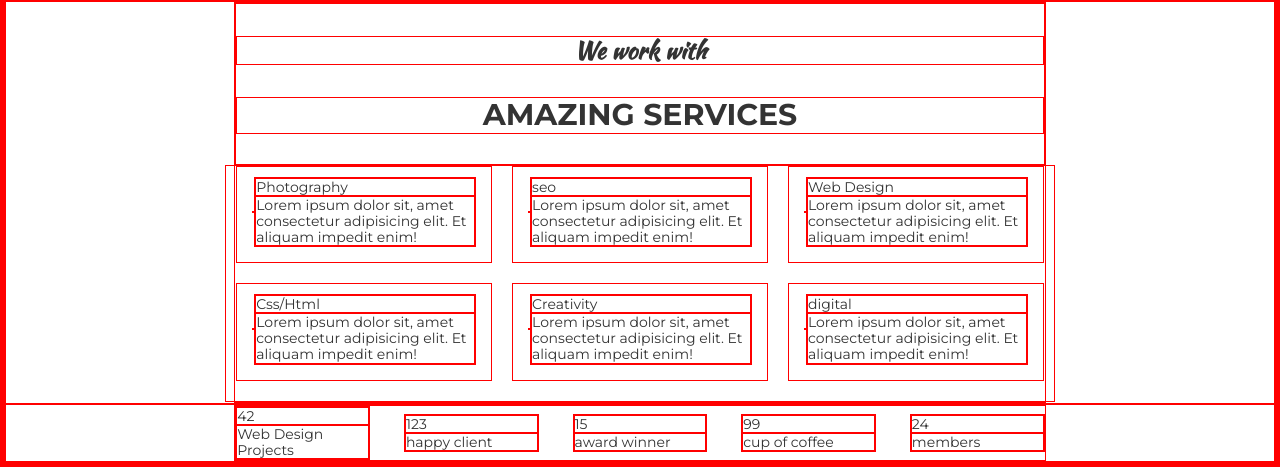
Repository: nataliiasaltan/Homework
Page: index.html
These files come from the project's save history. The page is drawn as it stood at one moment and after the next save; the edit follows.
The browser window is 1280 px wide. The pictures show the part of the page from y = 901 to 1368 px (the page is 1368 px tall).

Above is the page before, as saved 2020-02-27 10:56:38.

### index.html
<!DOCTYPE html>
<html lang="en">
    <head>
        <meta charset="UTF-8">
        <meta name="viewport" content="width=device-width, initial-scale=1.0">
        <link rel="stylesheet"
            href="https://necolas.github.io/normalize.css/8.0.1/normalize.css">
        <link
            href="https://fonts.googleapis.com/css?family=Kaushan+Script|Montserrat:400,700|Roboto:400,400i&display=swap"
            rel="stylesheet">
        <link rel="stylesheet" href="css/icomoon.css">
        <link rel="stylesheet" href="css/style.css">
        <title>Mogo</title>
    </head>
    <body>
        <div class="wrapper">
            <header class="header">
                <div class="container">
                    <div class="header__wrapper">
                        <strong class="logo"><a href="home.html" alt="MoGo"></a>MoGo</strong>
                        <div class="header__inner">
                            <nav class="nav">
                                <ul class="nav-list">
                                    <li><a href="#">About</a></li>
                                    <li><a href="#">service</a></li>
                                    <li><a href="#">work</a></li>
                                    <li><a href="#">blog</a></li>
                                    <li><a href="#">contact</a></li>
                                </ul>
                            </nav>
                            <div class="booking">
                                <a href="#"> <i class="icon-shopping-cart"></i></a>
                                <a href="#"> <i class="icon-search"></i></a>
                            </div>
                        </div>
                    </div>
                </div>
            </header>
            <main>
                <section class="about" style="background-image:
                    url(images/Layer_15.png);">
                    <div class="about__container">
                        <div class="about__inner">
                            <div class="creative">Creative Template</div>
                            <div class="about__title">Welcome <br> to MoGo</div>
                        </div>
                        <div class="holder-btn">
                            <a class="about__btn" href="#">Learn more</a>

                        </div>
                    </div>
                </section>
                <section class="service">
                     <div class="service__wrapper">
                    <div class="container">

                        <div class="title-holder">
                            <h4>We work with</h4>
                            <h3>Amazing Services</h3>
                        </div>
                        <div class="development__wrapper">
                            <div class="development">
                                <i class="icon-service"></i>
                                <div class="development__inner">
                                    <div class="name">Photography</div>
                                    <div class="description">Lorem ipsum dolor
                                        sit,
                                        amet
                                        consectetur adipisicing elit. Et aliquam
                                        impedit
                                        enim!</div>
                                </div>
                            </div>
                            <div class="development">
                                <i class="icon-service"></i>
                                <div class="development__inner">
                                    <div class="name">seo</div>
                                    <div class="description">Lorem ipsum dolor
                                        sit,
                                        amet
                                        consectetur adipisicing elit. Et aliquam
                                        impedit
                                        enim!</div>
                                </div>
                            </div>
                            <div class="development">
                                <i class="icon-service"></i>
                                <div class="development____inner">
                                    <div class="name">Web Design</div>
                                    <div class="description">Lorem ipsum dolor
                                        sit,
                                        amet
                                        consectetur adipisicing elit. Et aliquam
                                        impedit
                                        enim!</div>
                                </div>
                            </div>
                            <div class="development">
                                <i class="icon-service"></i>
                                <div class="development__inner">
                                    <div class="name">Css/Html</div>
                                    <div class="description">Lorem ipsum dolor
                                        sit,
                                        amet
                                        consectetur adipisicing elit. Et aliquam
                                        impedit
                                        enim!</div>
                                </div>
                            </div>
                            <div class="development">
                                <i class="icon-service"></i>
                                <div class="development__inner">
                                    <div class="name">Creativity</div>
                                    <div class="description">Lorem ipsum dolor
                                        sit,
                                        amet
                                        consectetur adipisicing elit. Et aliquam
                                        impedit
                                        enim!</div>
                                </div>
                            </div>
                            <div class="development">
                                <i class="icon-service"></i>
                                <div class="development__inner">
                                    <div class="name">digital</div>
                                    <div class="description">Lorem ipsum dolor
                                        sit,
                                        amet
                                        consectetur adipisicing elit. Et aliquam
                                        impedit
                                        enim!</div>
                                </div>
                            </div>
                        </div>
                    </div>
                </div>
                    <div class="result">
                        <div class="result__container">
                            <div class="result__inner">
                                <div class="namber">42</div>
                                <div class="signature">Web Design Projects</div>
                            </div>
                            <div class="result__inner">
                                <div class="namber">123</div>
                                <div class="signature">happy client</div>
                            </div>
                            <div class="result__inner">
                                <div class="namber">15</div>
                                <div class="signature">award winner</div>
                            </div>
                            <div class="result__inner">
                                <div class="namber">99</div>
                                <div class="signature">cup of coffee</div>
                            </div>
                            <div class="result__inner">
                                <div class="namber">24</div>
                                <div class="signature">members</div>
                            </div>
                        </div>
                    </div>

                </section>
            </main>
        </div>

    </body>
</html>

### css/icomoon.css
@font-face {
  font-family: 'icomoon';
  src:  url('../fonts/icomoon.eot?p5lq4w');
  src:  url('../fonts/icomoon.eot?p5lq4w#iefix') format('embedded-opentype'),
    url('../fonts/icomoon.ttf?p5lq4w') format('truetype'),
    url('../fonts/icomoon.woff?p5lq4w') format('woff'),
    url('../fonts/icomoon.svg?p5lq4w#icomoon') format('svg');
  font-weight: normal;
  font-style: normal;
  font-display: block;
}

[class^="icon-"], [class*=" icon-"] {
  /* use !important to prevent issues with browser extensions that change fonts */
  font-family: 'icomoon' !important;
  speak: none;
  font-style: normal;
  font-weight: normal;
  font-variant: normal;
  text-transform: none;
  line-height: 1;

  /* Better Font Rendering =========== */
  -webkit-font-smoothing: antialiased;
  -moz-osx-font-smoothing: grayscale;
}

.icon-search:before {
  content: "\f002";
}
.icon-align-justify:before {
  content: "\f039";
}
.icon-eye:before {
  content: "\f06e";
}
.icon-shopping-cart:before {
  content: "\f07a";
}
.icon-twitter:before {
  content: "\f099";
}
.icon-facebook:before {
  content: "\f09a";
}
.icon-facebook-f:before {
  content: "\f09a";
}
.icon-google-plus:before {
  content: "\f0d5";
}
.icon-youtube-play:before {
  content: "\f16a";
}
.icon-instagram:before {
  content: "\f16d";
}
.icon-tumblr:before {
  content: "\f173";
}
.icon-dribbble:before {
  content: "\f17d";
}
.icon-file-image-o:before {
  content: "\f1c5";
}
.icon-file-photo-o:before {
  content: "\f1c5";
}
.icon-file-picture-o:before {
  content: "\f1c5";
}
.icon-copyright:before {
  content: "\f1f9";
}
.icon-pinterest-p:before {
  content: "\f231";
}
.icon-commenting:before {
  content: "\f27a";
}

### css/style.css
*,
::after,
::before{
    box-sizing: border-box;
    border: 1px solid red;
}

body{
    font-family: 'Montserrat', sans-serif;
    font-size: 14px;
    font-weight: 400;
    color: #333333;
    margin: 0;
}

img{
    display: inline-block;
    max-width: 100%;
    vertical-align: top;
}

a{
    text-decoration: none;
    display: inline;
    cursor: pointer;
}

p{
    margin: 0;
}

header{
    position: absolute;
    z-index: 10;
    left: 0;
    right: 0;
    top: 0;
    bottom: 0;
}


.container{
    max-width: 64%;
    margin: 0 auto;
}

.header__wrapper{
    margin-top: 30px;
}

.header__wrapper{
    display: flex;
    justify-content: space-between;
    text-align: center;
}

.header__inner{
    display: flex;
    justify-content: space-between;
}

.logo{
    align-self: center;
    font-size: 30px;
    font-weight: 700;
    color: #ffffff;
    cursor: pointer;
}

.nav-list{
    display: flex;
    justify-content: center;
    align-items: center;
    list-style: none;
    padding: 0;
}

.nav-list a{
   color: #ffffff;
   padding: 12px 25px;
   border-bottom: 1px solid transparent;
   text-transform: uppercase;
}

.nav-list a:hover{
    color: #fce38a;
    border-bottom: 1px solid #fce38a;
}

.booking{
    align-self: center;
}

.icon-shopping-cart,
.icon-search{
    padding: 0 20px;
    color: #ffffff;
}

.about{
    position: relative;
    min-height: 100vh;
    background-size: cover;
    background-position: center;
    width: 100%;
    padding: 170px 0;
    display: flex;
    justify-content: space-between;
}

.about:after{
    position: absolute;
    content: "";
    top: 0;
    left: 0;
    bottom: 0;
    right: 0;
    /* background: linear-gradient(to top, rgba(252, 227, 138, 0.9)0%, rgba(243, 129, 129, 0.9) 100%); */
}

.about__container{
    min-width: 43%;
    margin: 0 auto;
    padding-bottom: 25px;
}

.about__inner{
    margin-bottom: 100px;
    position: relative;
}

.about__inner::after{
    position: absolute;
    content: "";
    width: 100%;
    max-width: 60px;
    height: 3px;
    background-color: #fff;
    top: 110%;
    left: 47%;
}
.creative{
    color: #ffffff;
    font-family: "Kaushan Script";
    font-size: 72px;
    text-align: center;
    margin-bottom: 42px;
}

.about__title{
    color: #ffffff;
    font-size: 150px;
    font-weight: 700;
    line-height: 0.93;
    text-transform: uppercase;
    text-align: center;
}

.holder-btn{
    max-width: 20%;
    margin: 0 auto;
}

.about__btn{
    color: #ffffff;
    font-weight: 700;
    text-transform: uppercase;
    padding: 15px 32px;
    border: 1px solid #ffffff;
    cursor: pointer;
}

.service__wrapper,
.work__wrapper{
    display: flex;
    flex-direction: column;
    justify-content: space-between;
    align-items: center;
}

.title-holder{
    position: relative;
}

.title-holder::after{
    position: absolute;
    content: "";
    width: 100%;
    max-width: 60px;
    height: 3px;
    color: red;

}

.development__wrapper{
    display: flex;
    flex-wrap: wrap;
    justify-content: space-between;
    align-items: center;
    margin: 0 -10px;
}

.development{
    margin: 0 10px 20px;
	width: calc(33.333% - 20px);
    padding: 10px 15px 15px;
    display: flex;
    align-items: center;
}

.result__container{
    max-width: 64%;
    margin: 0 auto;
    display: flex;
    justify-content: space-between;
    align-items: center;
}

.result__inner{
    max-width: 16.66%;
    width: 100%;
}

h4{
    font-family: "Kaushan Script";
    font-size: 24px;
    text-align: center;
}

h3{
    font-size: 30px;
    font-weight: 700;
    text-transform: uppercase;
    text-align: center;
}

p{
    color: #999999;
    font-family: Roboto;
    font-size: 15px;
    line-height: 1.6;
}

After the next save:
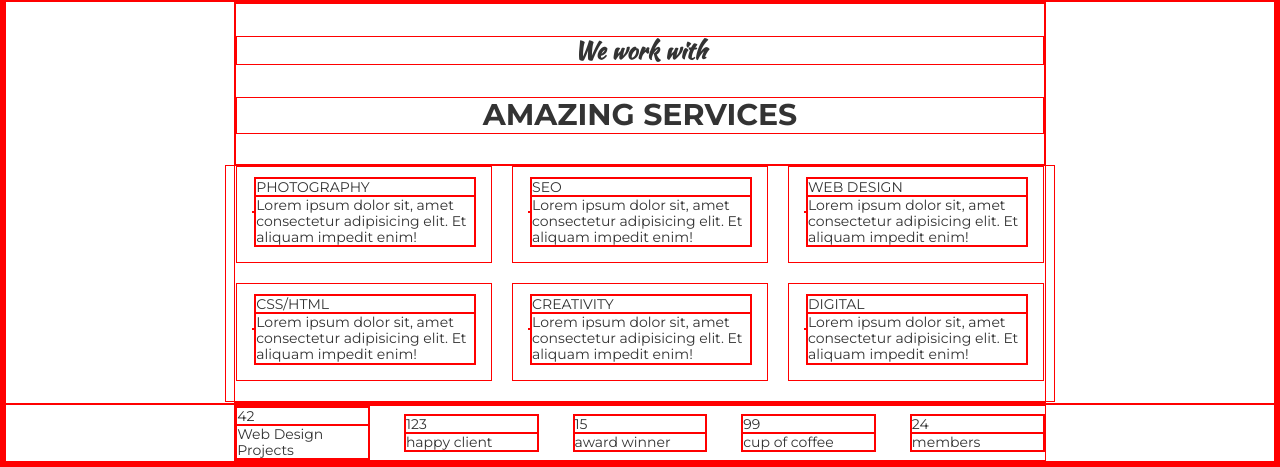
Saved 77 s later.
--- a/css/style.css
+++ b/css/style.css
@@ -234,6 +234,10 @@ h3{
     text-align: center;
 }
 
+.name{
+    text-transform: uppercase;
+}
+
 p{
     color: #999999;
     font-family: Roboto;
